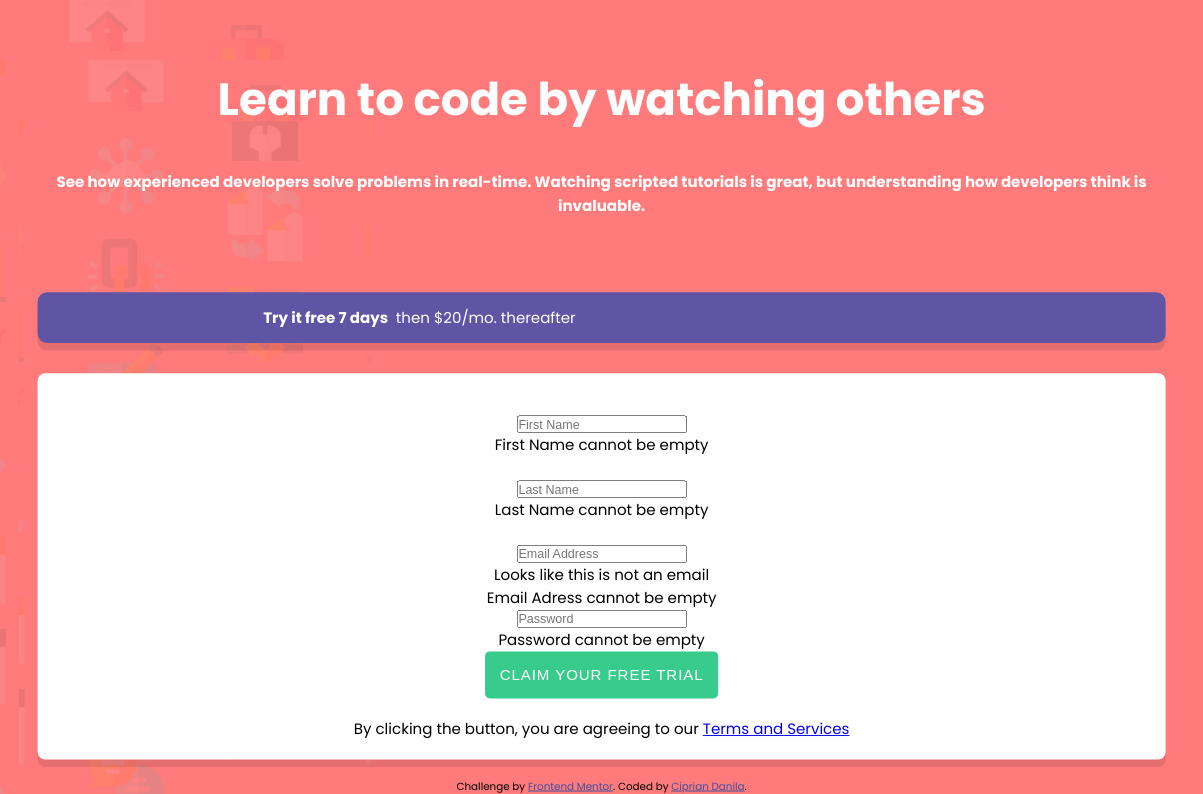
Repository: cipdanila/intro-component-with-sign-up-form
Page: index.html
An editor plug-in stored every save of this project. The page is shown before and after the next save, followed by the edit.
The browser window is 1280 px wide. The pictures show the whole page, at 94% of full size.

Above is the page before, as saved 2024-02-14 19:26:15.

After the next save:
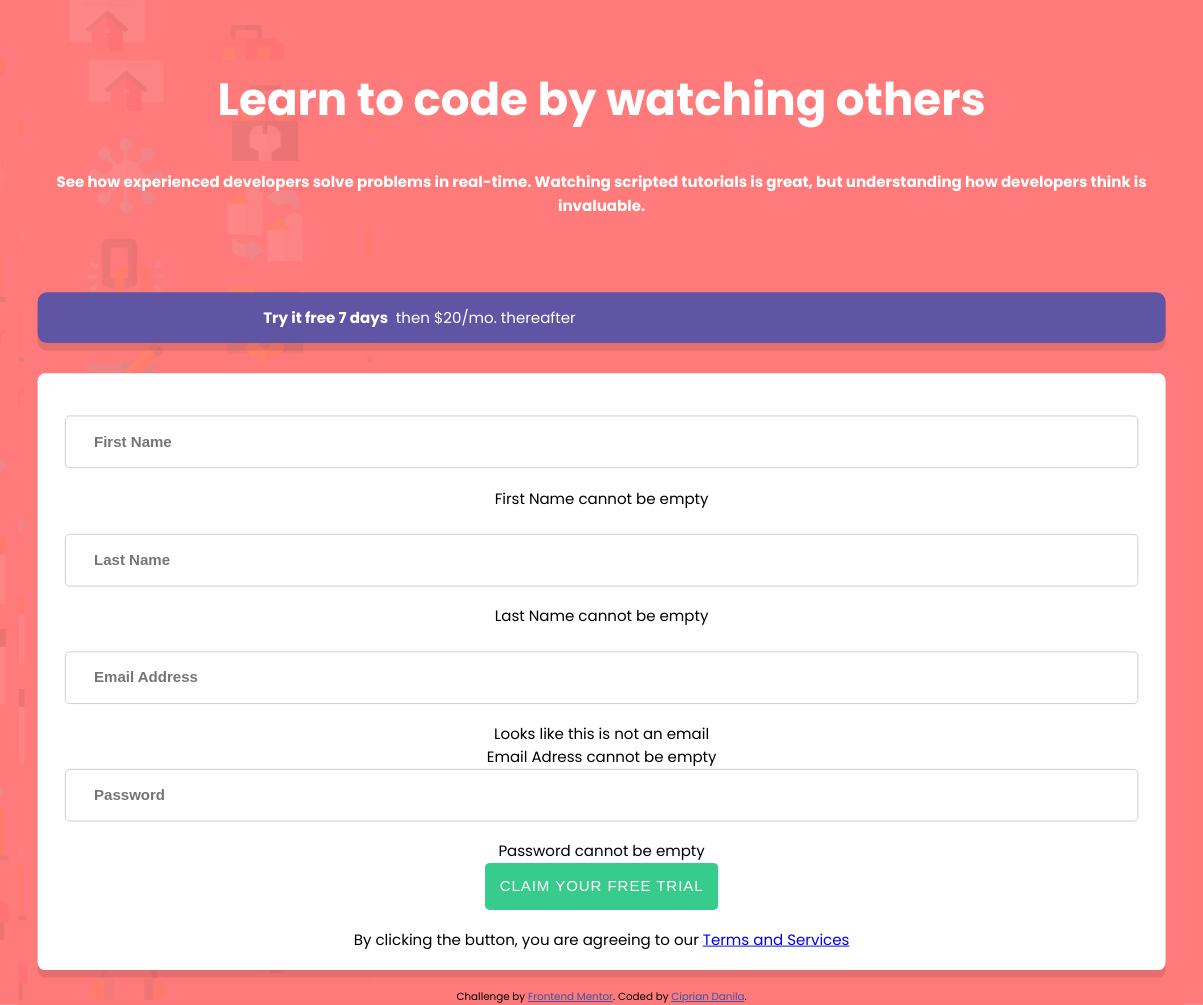
Saved 29 s later.
--- a/css/styles.css
+++ b/css/styles.css
@@ -84,7 +84,15 @@
 }
 
 .register-form input {
-
+    width: calc(100% - 1.125rem);
+    padding: 1.125rem;
+    margin-bottom: 1.200rem;
+    border-radius: 5px;
+    border: 1px solid #ccc;
+    color: var(--dark-blue);
+    font-size: 1rem;
+    font-weight: 700;
+    text-indent: 0.75rem;
 }
 
 .register-form button {
@@ -146,19 +154,6 @@
     padding: 2rem;
 }
 
-input[type="text"],
-input[type="email"],
-input[type="password"] {
-    width: calc(100% - 1.125rem);
-    padding: 1.125rem;
-    margin-bottom: 1.200rem;
-    border-radius: 5px;
-    border: 1px solid #ccc;
-    color: var(--dark-blue);
-    font-size: 1rem;
-    font-weight: 700;
-    text-indent: 0.75rem;
-}
 
 input {
     border-style: none;
